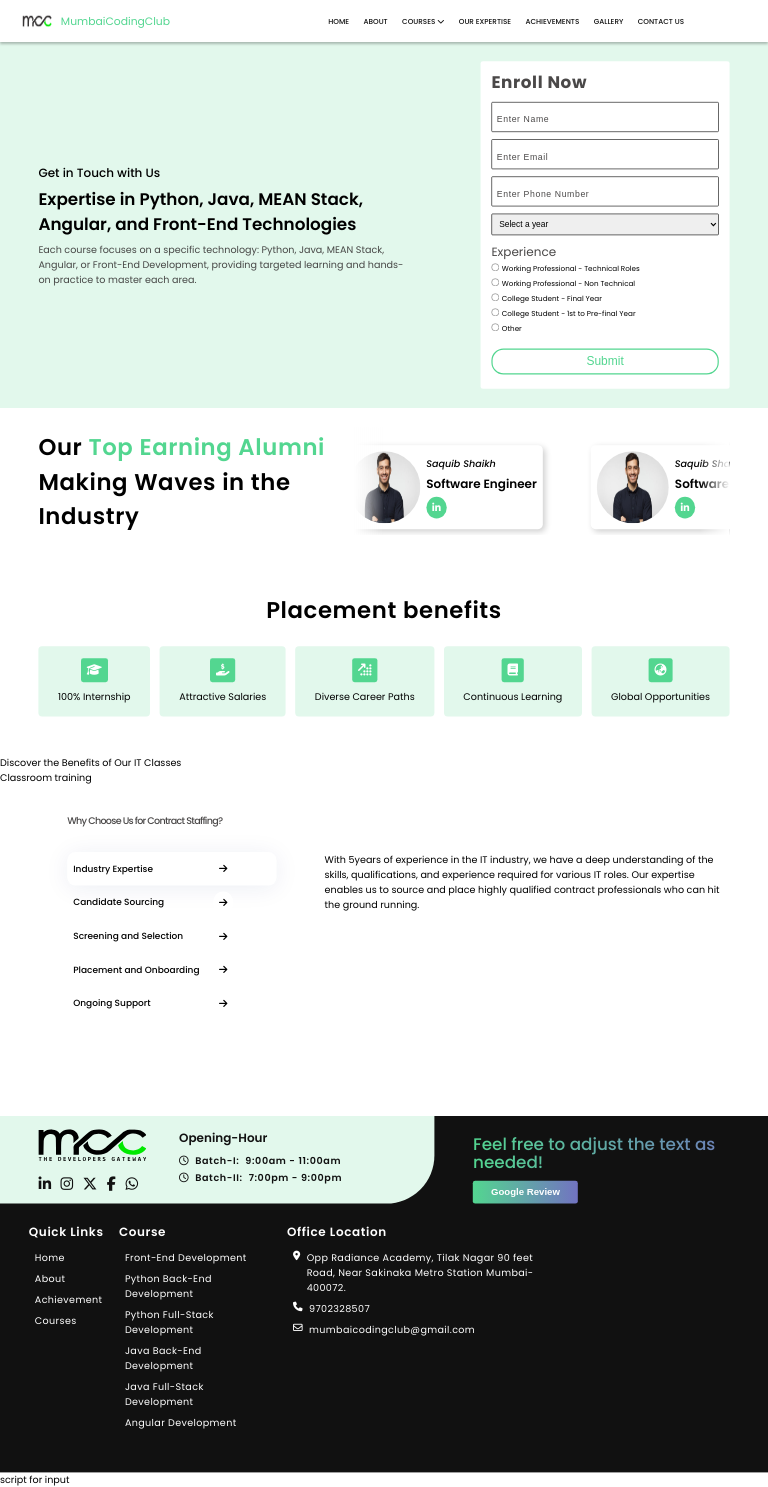
Repository: msmsa2001/mcc-theme
Page: contact.html
These files come from the project's save history. The page is drawn as it stood at one moment and after the next save; the edit follows.
The browser window is 1280 px wide. The pictures show the whole page, at 60% of full size.
Pictures or frames that could not be fetched are drawn as grey boxes.

Above is the page before, as saved 2024-07-26 04:48:27.
Console error: TypeError: Cannot read properties of null (reading 'querySelector')

### contact.html
<!DOCTYPE html>
<html lang="en">
<head>
    <meta charset="UTF-8">
    <meta name="viewport" content="width=device-width, initial-scale=1.0">
    <title>Contact</title>
    <link rel="stylesheet" href="global.css">
    <link rel="stylesheet" href="contact.css">
    <link rel="stylesheet" href="https://cdnjs.cloudflare.com/ajax/libs/font-awesome/6.5.2/css/all.min.css" integrity="sha512-SnH5WK+bZxgPHs44uWIX+LLJAJ9/2PkPKZ5QiAj6Ta86w+fsb2TkcmfRyVX3pBnMFcV7oQPJkl9QevSCWr3W6A==" crossorigin="anonymous" referrerpolicy="no-referrer" />

</head>
<body>
    <nav>
        <div class="wrapper-nav">
            <div class="logo"><a href="index.html"><img src="assests/favicon.png" alt="">MumbaiCodingClub</a></div>
            <input type="radio" name="slider" id="menu-btn">
            <input type="radio" name="slider" id="close-btn">
            <ul class="nav-links">
                <label for="close-btn" class="btn close-btn"><i class="fas fa-times"></i></label>
                <li><a href="index.html">HOME</a></li>
                <li><a href="about.html">ABOUT</a></li>
                <li>
                    <a href="#" class="desktop-item">COURSES <i class="fa-solid fa-chevron-down"></i></a>
                    <input type="checkbox" id="showServicesDrop">
                    <label for="showServicesDrop" class="mobile-item">COURSES</label>
                    <ul class="drop-menu">
                        <li><a href="course.html">Front-End Development</a></li>
                        <li><a href="xI.html">Back-End Python Development</a></li>
                        <li><a href="xII.html">Full-Stack Python Development</a></li>
                        <li><a href="neet.html">Angular</a></li>
                        <li><a href="dropers.html">Back-End Java Development</a></li>
                        <li><a href="Integrated.html">Full-Stack Java Development</a></li>
                        <li><a href="repeater.html">MEAN</a></li>
                    </ul>
                </li>
                <li><a href="gallery.html">Our Expertise</a></li>
                <li><a href="achievement.html">ACHIEVEMENTS</a></li>
                <li><a href="gallery.html">GALLERY</a></li>
                <li><a href="contact.html">CONTACT US</a></li>
            </ul>
            <label for="menu-btn" class="btn menu-btn"><i class="fas fa-bars"></i></label>
        </div>
    </nav>

    <div class="container1">
        <div class="sec1">
            <h3>Get in Touch with Us</h3>
            <h1>Expertise in Python, Java, MEAN Stack, Angular, and Front-End Technologies</h1>
            <p>Each course focuses on a specific technology: Python, Java, MEAN Stack, Angular, or Front-End Development, providing targeted learning and hands-on practice to master each area.

            </p>
        </div>
        <div class="sec2">
            <form action="">
                <h2>Enroll Now</h2>
                <input type="text" name="fullname" id="name" placeholder="Enter Name">
                <input type="email" name="email" id="email" placeholder="Enter Email">
                <input type="phone" name="phone" id="phone" placeholder="Enter Phone Number">
                <select id="year" name="year">
                    <option value="" disabled selected>Select a year</option>
                </select>
                <div class="experience">
                    <label id="experience">Experience</label>
                    <div class="radio-sec">
                    <input type="radio" name="experience" id="tech_role" value="Working Professional - Technical Roles">
                    <label for="">Working Professional - Technical Roles</label>
                </div>

                <div class="radio-sec">
                    <input type="radio" name="experience" id="none_tect_role" value="Working Professional - Non Technical">
                    <label for="">Working Professional - Non Technical</label>
                </div>

                <div class="radio-sec">
                    <input type="radio" name="experience" id="final_year" value="College Student - Final Year">
                    <label for="">College Student - Final Year</label>
                </div>

                <div class="radio-sec">
                    <input type="radio" name="experience" id="pre-finale_year" value="College Student - 1st to Pre-final Year">
                    <label for="">College Student - 1st to Pre-final Year</label>
                </div>
                <div class="radio-sec">
                    <input type="radio" name="experience" id="other" value="Other">
                    <label for="">Other</label>
                </div>

                </div>

                <button>Submit</button>

            </form>
        </div>
    </div>

    <div class="container2">
        <div class="title">
            <p>Our <span style="color: var(--text-color);">Top Earning Alumni<br></span> Making Waves in the <br>Industry</p>
        </div>
    <div class="logos">
        <div class="logos-slide">

            <div class="card1">
                <img src="assests/person.jpg" alt="">
                <div class="content">
                    <p class="name">Saquib Shaikh</p>
                    <p class="designation">Software Engineer</p>
                    <a href=""><i class="fa-brands fa-linkedin-in"></i></a>
                </div>
            </div>

            <div class="card1">
                <img src="assests/person.jpg" alt="">
                <div class="content">
                    <p class="name">Saquib Shaikh</p>
                    <p class="designation">Software Engineer</p>
                    <a href=""><i class="fa-brands fa-linkedin-in"></i></a>
                </div>
            </div>


            <div class="card1">
                <img src="assests/person.jpg" alt="">
                <div class="content">
                    <p class="name">Saquib Shaikh</p>
                    <p class="designation">Software Engineer</p>
                    <a href=""><i class="fa-brands fa-linkedin-in"></i></a>
                </div>
            </div>


            <div class="card1">
                <img src="assests/person.jpg" alt="">
                <div class="content">
                    <p class="name">Saquib Shaikh</p>
                    <p class="designation">Software Engineer</p>
                    <a href=""><i class="fa-brands fa-linkedin-in"></i></a>
                </div>
            </div>


            <div class="card1">
                <img src="assests/person.jpg" alt="">
                <div class="content">
                    <p class="name">Saquib Shaikh</p>
                    <p class="designation">Software Engineer</p>
                    <a href=""><i class="fa-brands fa-linkedin-in"></i></a>
                </div>
            </div>

            <div class="card1">
                <img src="assests/person.jpg" alt="">
                <div class="content">
                    <p class="name">Saquib Shaikh</p>
                    <p class="designation">Software Engineer</p>
                    <a href=""><i class="fa-brands fa-linkedin-in"></i></a>
                </div>
            </div>

            <div class="card1">
                <img src="assests/person.jpg" alt="">
                <div class="content">
                    <p class="name">Saquib Shaikh</p>
                    <p class="designation">Software Engineer</p>
                    <a href=""><i class="fa-brands fa-linkedin-in"></i></a>
                </div>
            </div>

            <div class="card1">
                <img src="assests/person.jpg" alt="">
                <div class="content">
                    <p class="name">Saquib Shaikh</p>
                    <p class="designation">Software Engineer</p>
                    <a href=""><i class="fa-brands fa-linkedin-in"></i></a>
                </div>
            </div>
        </div>
      </div>
    </div>

    <div class="container3">
        <h2 id="title">Placement benefits</h2>
        <div class="sec1">

            <div class="card">
                <i class="fa-solid fa-graduation-cap"></i>
                 <p>100% Internship</p>
            </div>


            <div class="card">
                <i class="fa-solid fa-hand-holding-dollar"></i>
                <p>Attractive Salaries</p>
            </div>

            <div class="card">
                <i class="fa-solid fa-arrow-up-right-dots"></i>
                <p>Diverse Career Paths</p>
            </div>

            <div class="card">
                <i class="fa-solid fa-book"></i>
                <p>Continuous Learning</p>
            </div>


            <div class="card">
                <i class="fa-solid fa-earth-asia"></i>
                <p>Global Opportunities</p>
            </div>

        </div>

    </div>

    <div class="container4">
        <p>Discover the Benefits of Our IT Classes</p>
        <div class="sec">
            <div class="card">
                <p class="title">
                    Classroom training
                </p>
            </div>
        </div>
    </div>
    <div class="container8">
        <p class="title">Why Choose Us for Contract Staffing?</p>
        <div class="inner-sec">
        <div class="sec-1">
            <div class="row1 tab-button active" data-tab="tab1" onclick="openTab('tab1')">
                <p class="content">Industry Expertise</p>
                <i class="fa-solid fa-arrow-right"></i>
            </div>
            <div class="row1 tab-button" data-tab="tab2" onclick="openTab('tab2')">
                <p class="content">Candidate Sourcing </p>
                <i class="fa-solid fa-arrow-right"></i>
            </div>
            <div class="row1 tab-button" data-tab="tab3" onclick="openTab('tab3')">
                <p class="content">Screening and Selection</p>
                <i class="fa-solid fa-arrow-right"></i>
            </div>
            <div class="row1 tab-button" data-tab="tab4" onclick="openTab('tab4')">
                <p class="content">Placement and Onboarding </p>
                <i class="fa-solid fa-arrow-right"></i>
            </div>
            <div class="row1 tab-button" data-tab="tab5" onclick="openTab('tab5')">
                <p class="content">Ongoing Support </p>
                <i class="fa-solid fa-arrow-right"></i>
            </div>
        </div>
        <div class="sec-2">
           <p id="tab1" class="tab active"> With 5years of experience in the IT industry, we have a deep understanding of the skills, qualifications, and experience required for various IT roles. Our expertise enables us to source and place highly qualified contract professionals who can hit the ground running.</p>
           <p id="tab2" class="tab">Leveraging our extensive network of IT professionals, we have access to a diverse talent pool comprising developers, engineers, analysts, project managers, and more. Whether you need temporary staff for a specific project or to cover peak workloads, we have the resources to meet your needs.</p>
           <p id="tab3" class="tab">We recognize the importance of agility and flexibility in today's fast-paced business environment. Our contract staffing solutions allow you to scale your workforce up or down quickly in response to changing business demands, without the long-term commitment of permanent hires.</p>
           <p id="tab4" class="tab">Contract staffing offers a cost-effective solution for managing fluctuating workloads and specialized projects. By hiring contract professionals on a temporary basis, you can avoid the overhead costs associated with full-time employees, such as benefits, training, and severance.</p>
           <p id="tab5" class="tab">Our streamlined recruitment process ensures a seamless experience from job requisition to candidate placement. We handle all aspects of the staffing process, including sourcing, screening, interviewing, onboarding, and payroll administration, allowing you to focus on your core business priorities.</p>
        </div>
    </div>
    </div>
    <footer>
        <div class="section1">
        <div class="content">
          <div class="sec">
            <div class="sec-logo">
            <img src="assests/logos/MCC logo.svg" alt="">
            <div class="row2">
              <i class="fa-brands fa-linkedin-in"></i>
              <i class="fa-brands fa-instagram"></i>
              <i class="fa-brands fa-x-twitter"></i>
              <i class="fa-brands fa-facebook-f"></i>
              <i class="fa-brands fa-whatsapp"></i>
            </div>
          </div>
            <div class="sec-content">
              <p>Opening-Hour</p>
              <div class="row"><i class="fa-regular fa-clock"></i> Batch-I: <span>9:00am - 11:00am </span>
              </div>
              <div class="row"><i class="fa-regular fa-clock"></i> Batch-II: <span>7:00pm - 9:00pm </span>
              </div>

            </div>
          </div>
        </div>
        <div class="google-review">
        <p>Feel free to adjust the text as needed!</p>
        <button>Google Review</button>
      </div>
      </div>

        <div class="links">
        <div class="col">
          <p>Quick Links</p>
          <ul>
            <li><a href="">Home</a></li>
            <li><a href="">About</a></li>
            <li><a href="">Achievement</a></li>
            <li><a href="">Courses</a></li>
          </ul>
        </div>

        <div class="col">
          <p>Course</p>
          <ul>
            <li><a href="">Front-End Development</a></li>
            <li><a href="">Python Back-End Development</a></li>
            <li><a href="">Python Full-Stack Development</a></li>
            <li><a href="">Java Back-End Development</a></li>
            <li><a href="">Java Full-Stack Development</a></li>
            <li><a href="">Angular Development</a></li>
          </ul>
        </div>

        <div class="col">
          <p>Office Location</p>
          <ul class="location">
            <li><a href=""><i class="fa-solid fa-location-dot"></i>
            <p>Opp Radiance Academy, Tilak Nagar 90 feet Road, Near Sakinaka Metro Station Mumbai-400072.</p></a></li>
            <li><a href=""><i class="fa-solid fa-phone"></i>9702328507</a></li>
            <li><a href=""><i class="fa-regular fa-envelope"></i>mumbaicodingclub@gmail.com</a></li>
          </ul>
        </div>
        <iframe src="https://www.google.com/maps/embed?pb=!1m18!1m12!1m3!1d7540.350352211677!2d72.88528653657487!3d19.099969516685178!2m3!1f0!2f0!3f0!3m2!1i1024!2i768!4f13.1!3m3!1m2!1s0x3be7c87a7b146d75%3A0x76380d8179575d82!2sLokmanya%20Tilak%20Nagar%2C%20Saki%20Naka%2C%20Mumbai%2C%20Maharashtra!5e0!3m2!1sen!2sin!4v1721714563501!5m2!1sen!2sin" width="300" height="400" style="border:0;" allowfullscreen="" loading="lazy" referrerpolicy="no-referrer-when-downgrade"></iframe>
      </footer>


      script for input
      <script>
        // Get all input fields
        const inputs = document.querySelectorAll('.input');

        // Add event listener to each input field
        inputs.forEach(input => {
            // When input field receives focus (typing begins)
            input.addEventListener('focus', function() {
                // Change bottom border color
                this.style.borderBottomColor = 'black';
                this.style.fontSize='12px'
            });

            // When input field loses focus (typing ends)
            input.addEventListener('blur', function() {
                // Change bottom border color back to default
                this.style.borderBottomColor = 'black';
            });
        });
    </script>

      <script>
        const startYear = 2000;
        const endYear = 2030;
        const yearDropdown = document.getElementById('year');

        for (let year = startYear; year <= endYear; year++) {
          const option = document.createElement('option');
          option.value = year;
          option.text = year;
          yearDropdown.appendChild(option);
        }
      </script>
      <script src="mcc.js"></script>
</body>
</html>

### contact.css
@import url('https://fonts.googleapis.com/css2?family=Poppins:ital,wght@0,100;0,200;0,300;0,400;0,500;0,600;0,700;0,800;0,900;1,100;1,200;1,300;1,400;1,500;1,600;1,700;1,800;1,900&display=swap');
*{
    margin: 0;
    padding: 0;
    box-sizing: border-box;
}
:root{
    --color1:#E8F7F2;
    --color2: #E2F8EC;
    --text-color:#53D690;
    --text-color2:#7273C1;
    --black-color:rgb(17, 17, 17);
    --font-size1: 20px;
    --font-size2:28px;
    --font-size3: 38px;
    --font-size4:14px;
    --font-size4:16px;
    --white-color1:#F7F1FD;
    --white-color2:rgba(255, 255, 255, 0.9);
    --black-color1:#363434e6;
}
body{
    overflow-x: hidden;
    font-family: 'poppins';
}

.container1{
    position: relative;
    background: var(--color2);
    display: flex;
    justify-content: center;
    align-items: center;
    /* height: 90vh; */
    padding: 2rem 4rem 2rem;
    gap: 2rem;
}
.container1 .sec1{
    padding-right: 5rem;
}
.container1 .sec1 h3{
    font-size: var(--font-size1);
    font-weight: 500;
}
.container1 .sec1 p{
    color: var(--black-color1);
    font-size: var(--font-size4);
}
.container1 .sec1 h1{
    font-size: var(--font-size2);
    font-weight: 600;
    margin: 8px 0;
}
.container1 .sec2 form{
    background: #fff;
    padding: 14px 18px;
    width: max-content;
    display: flex;
    flex-direction: column;
    gap: 12px;
    border-radius: 4px;
}
.container1 .sec2 form input, .container1 .sec2 form select{
    padding: 8px;
    border: 1px solid black;
    border-radius: 2px;
    font-size: 14px;
}
.container1 .sec2 form input::placeholder, .container1 .sec2 form select::placeholder,.container1 .sec2 form option{
    font-size: 14.50px;
    color: var(--black-color1);
}
.container1 .sec2 form input, .container1 .sec2 h2{
    letter-spacing: 1px;
    font-size: var(--font-size2);
    color: var(--black-color1);
}
.container1 .sec2 form .experience label{
    font-size: 12px;

}
.container1 .sec2 form #experience{
    font-size: var(--font-size1);
    color: var(--black-color1);
    margin: 15px 0;
}
.container1 .sec2 form button{
    width: auto;
    background: #fff;
    padding: 8px;
    border-radius: 20px;
    color: var(--text-color);
    font-size: 20px;
    margin: 10px 0;
    font-weight: 500;
    border: 2px solid var(--text-color);
    cursor: pointer;
}




.container2{
    display: grid;
    grid-template-columns: auto auto;
    gap: 3rem;
    padding: 2rem 4rem;
}
.container2 .title{
    display: flex;
    align-items: center;
}
.container2 .title p{
font-size: var(--font-size3);
letter-spacing: 1px;
font-weight: 600;
}
.logos {
    overflow: hidden;
    padding: 30px 0 0;
    background: white;
    white-space: nowrap;
    position: relative;
    display: grid;
    grid-template-columns: auto;
}

.logos .logos-slide .card1{
    background: #fff;
    box-shadow: 4px 4px 10px rgba(0, 0, 0, 0.2);
    padding: 10px;
    margin-bottom: 10px;
    display: flex;
    gap: 10px;
    border-radius: 8px;
}
.logos .logos-slide .card1 img{
    border-radius: 50%;
    width: 120px;
    height: 120px;
}
.logos .logos-slide .card1 .content{
    display: flex;
    justify-content: center;
    /* align-items: scenter; */
    flex-direction: column;
    gap: 6px;
}
.logos .logos-slide .card1 .content .name{
    font-size: var(--black-color1);
    font-style: italic;
    font-size: var(--font-size4);
    font-weight: 500;
}
.logos .logos-slide .card1 .content .designation{
    font-size: var(--black-color1);
    font-size: var(--font-size1);
    font-weight: 600;
}
.logos .logos-slide .card1 .content a i{
    color: #fff;
    background: var(--text-color);
    padding: 10px;
    border-radius: 50%;
}
.logos:before,
.logos:after {
    position: absolute;
    top: 0;
    width: 50px;
    height: 100%;
    content: "";
    z-index: 2;
}

.logos:before {
    left: 0;
    background: linear-gradient(to left, rgba(255, 255, 255, 0), white);
}

.logos:after {
    right: 0;
    background: linear-gradient(to right, rgba(255, 255, 255, 0), white);
}

.logos-slide {
    display: flex;
    width: max-content;
    animation: 35s slide infinite linear;
}

.card1 {
    display: inline-block;
    margin: 0 40px;
}

.card1 img {
    width: 170px;
}

@media screen and (max-width: 800px) {
    .card1 img {
        width: 150px;
        margin: 0 30px;
    }

    .logos:before {
        left: 0;
        background: none;
    }

    .logos:after {
        right: 0;
        background: none;
    }
}

@media screen and (max-width: 500px) {
    .card1 img {
        width: 90px;
        margin: 0 20px;
    }
}

@keyframes slide {
    0% {
        transform: translateX(0);
    }
    100% {
        transform: translateX(-100%);
    }
}

.container3{
    padding: 4rem;
}
.container3 #title{
    font-size: var(--font-size3);
    font-weight: 600;
    text-align: center;
    letter-spacing: 1px;
}
.container3 .sec1{
    display: grid;
    grid-template-columns: auto auto auto auto auto;
    margin-top: 2rem;
    gap: 1rem;
}
.container3 .sec1 .card{
    background: var(--color2);
    display: flex;
    flex-direction: column;
    align-items: center;
    gap: 12px;
    border-radius: 6px;
    padding: 20px;
}
.container3 .sec1 .card i{
    background-color: var(--text-color);
    color: #fff;
    padding: 10px;
    border-radius: 4px;
    font-size: var(--font-size1);
}
.container8 {
    padding: 2.3rem 5rem 8rem 7rem;
  }
  .container8 .inner-sec {
    display: grid;
    grid-template-columns: auto auto;
    gap: 5rem;
    padding-bottom: 2rem;
  }
  .container8 .inner-sec .sec-1 .row1 {
    display: flex;
    align-items: center;
    justify-content: space-between;
    gap: 1.4rem;
    padding: 10px 4.5rem 10px 10px;
    transition: all 0.2s;
    cursor: pointer;
  }
  .container8 .inner-sec .sec-1 .row1 i {
    background-color: #fff;
    padding: 10px;
    border-radius: 50%;
    font-size: 16px;
  }
  .container8 .inner-sec .row1 .content {
    font-size: 15px;
    font-weight: 500;
    color: #000000;
  }
  .container8 .title {
    color: var(--black-color1);
    font-size: var(--titleSize);
    font-weight: 500;
    line-height: 45px;
    letter-spacing: -1.2px;
    padding: 0 2rem 30px 0;
  }
  .container8 .inner-sec .sec-2 .para {
    color: #000;
    font-size: 18px;
    line-height: 34px;
  }
  .container8 .inner-sec .sec-1 .row1:hover {
    background-color: #fff;
    border-radius: 14px;
    box-shadow: 0 4px 40px 0 rgba(1, 41, 112, 0.08);
  }
  .tab {
    display: none;
  }
  .tab.active {
    display: block;
  }
  .tab-button.active {
    box-shadow: 0 4px 40px 0 rgba(1, 41, 112, 0.08);
    background-color: #fff;
    border-radius: 14px;

  }
  .tab-button {
    cursor: pointer;
  }
  .tab-container {
    margin-bottom: 20px;
  }

Loaded but not shown: mcc.js (65 lines, source omitted); global.css (432 lines, source omitted)

After the next save:
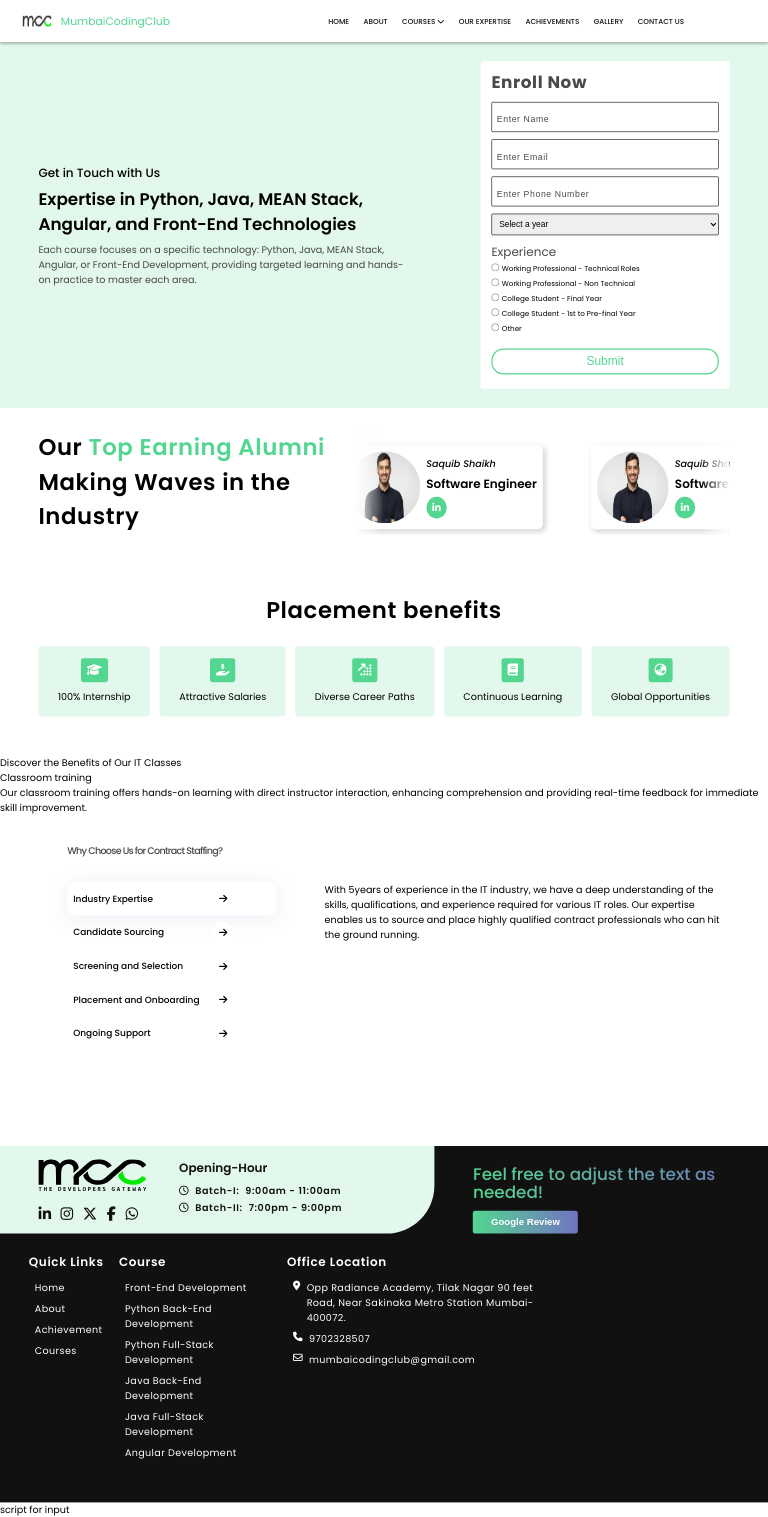
Saved 16 s later.
--- a/contact.html
+++ b/contact.html
@@ -220,6 +220,9 @@
                 <p class="title">
                     Classroom training
                 </p>
+                <P class="para">
+                    Our classroom training offers hands-on learning with direct instructor interaction, enhancing comprehension and providing real-time feedback for immediate skill improvement.
+                </P>
             </div>
         </div>
     </div>
